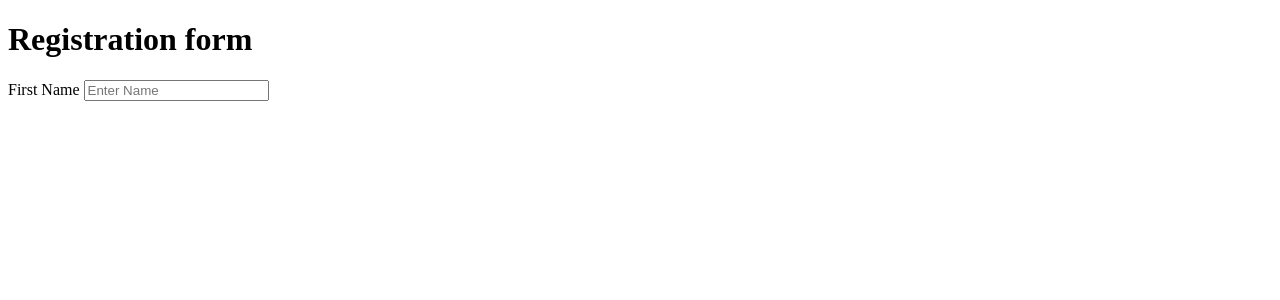
Repository: yuktavyas14/vscode
Page: index.html
These files come from the project's save history. The page is drawn as it stood at one moment and after the next save; the edit follows.
The browser window is 1280 px wide. The pictures show the whole page.

Above is the page before, as saved 2021-06-08 15:38:29.

### index.html
<!DOCTYPE html>
<html lang="en">
<head>
    <meta charset="UTF-8">
    <meta http-equiv="X-UA-Compatible" content="IE=edge">
    <meta name="viewport" content="width=device-width, initial-scale=1.0">
    <title>Form</title>
    <link rel="stylesheet" href="style.css">
</head>
<body>
    <h1>Registration form</h1>
    <form>
        <label for="fname">First Name</label>
        <input type="text" placeholder="Enter Name" required >
    </form>
</body>
</html>

Loaded but not shown: style.css (no stored copy; drawn as an empty file)

After the next save:
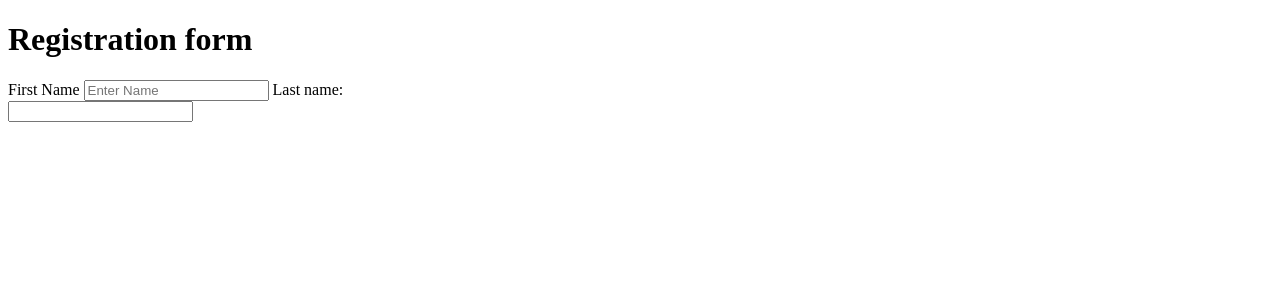
Saved 71 s later.
--- a/index.html
+++ b/index.html
@@ -12,6 +12,8 @@
     <form>
         <label for="fname">First Name</label>
         <input type="text" placeholder="Enter Name" required >
+        <label for="lname">Last name:</label><br>
+  <input type="text" id="lname" name="lname" ><br><br>
     </form>
 </body>
 </html>
